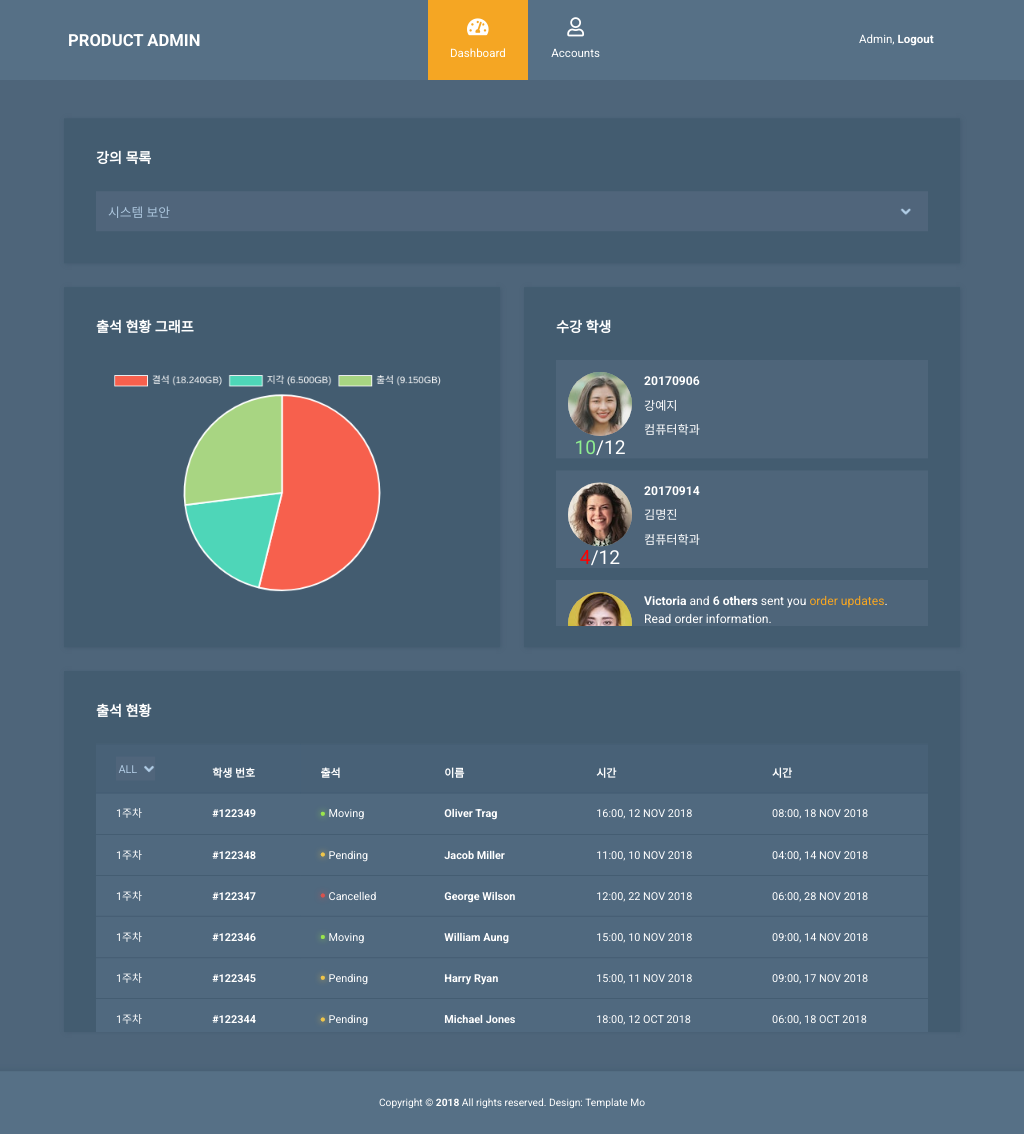
Repository: YJ-S2/2019-FaceAPI
Page: test1-master/web/123/WebContent/web1.html
An editor plug-in stored every save of this project. The page is shown before and after the next save, followed by the edit.
The browser window is 1280 px wide. The pictures show the whole page, at 80% of full size.
An inner scrolling area shows only its first screen.

Above is the page before, as saved 2019-08-11 14:54:15.

After the next save:
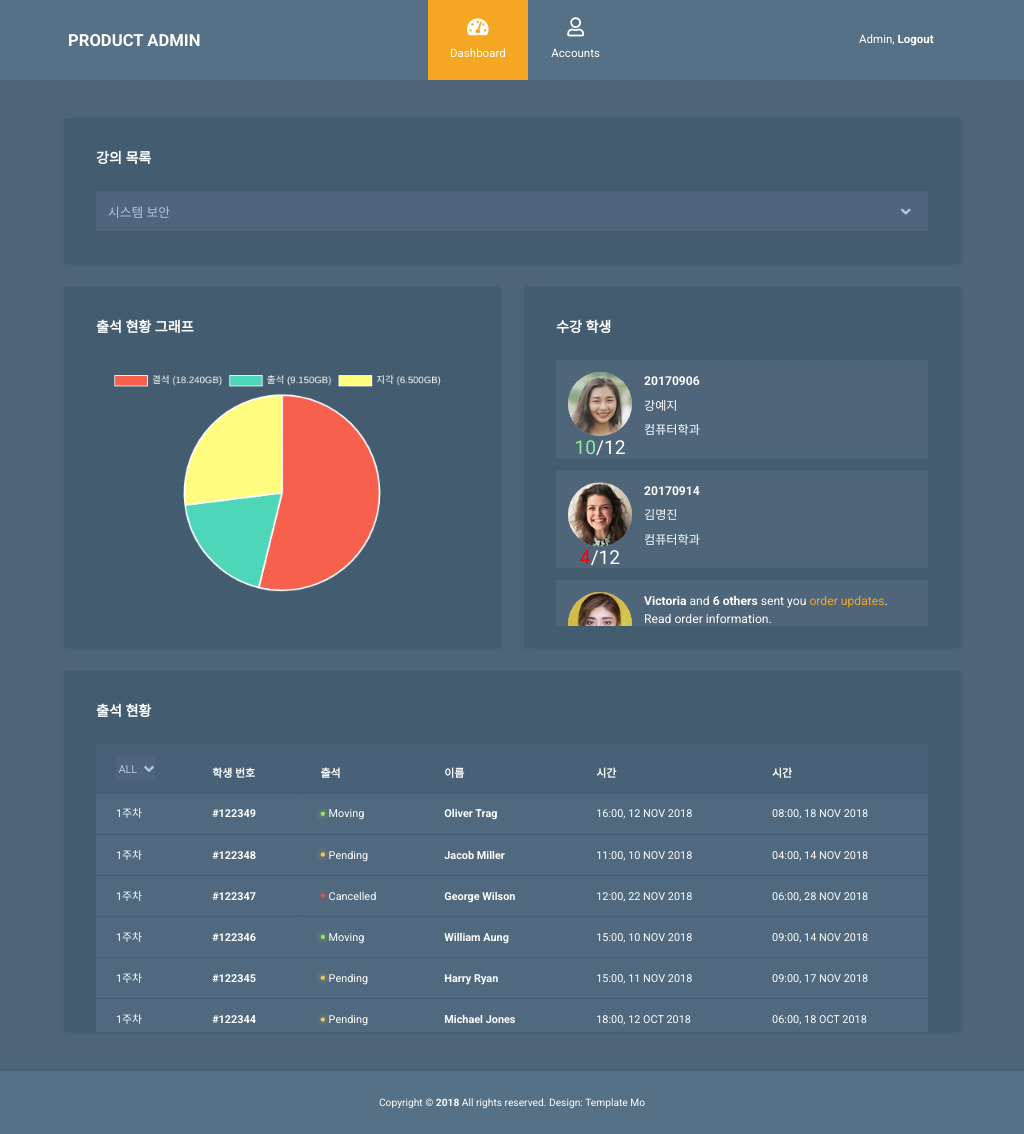
Saved 111 s later.
--- a/test1-master/web/123/WebContent/js/tooplate-scripts.js
+++ b/test1-master/web/123/WebContent/js/tooplate-scripts.js
@@ -160,14 +160,14 @@ function drawPieChart() {
         datasets: [
           {
             data: [18.24, 6.5, 9.15],
-            backgroundColor: ["#F7604D", "#4ED6B8", "#A8D582"],
+            backgroundColor: ["#F7604D", "#4ED6B8", "#FFFC80"],
             label: "Storage"
           }
         ],
         labels: [
           "결석 (18.240GB)",
-          "지각 (6.500GB)",
-          "출석 (9.150GB)"
+          "출석 (9.150GB)",
+          "지각 (6.500GB)"
         ]
       },
       options: optionsPie
